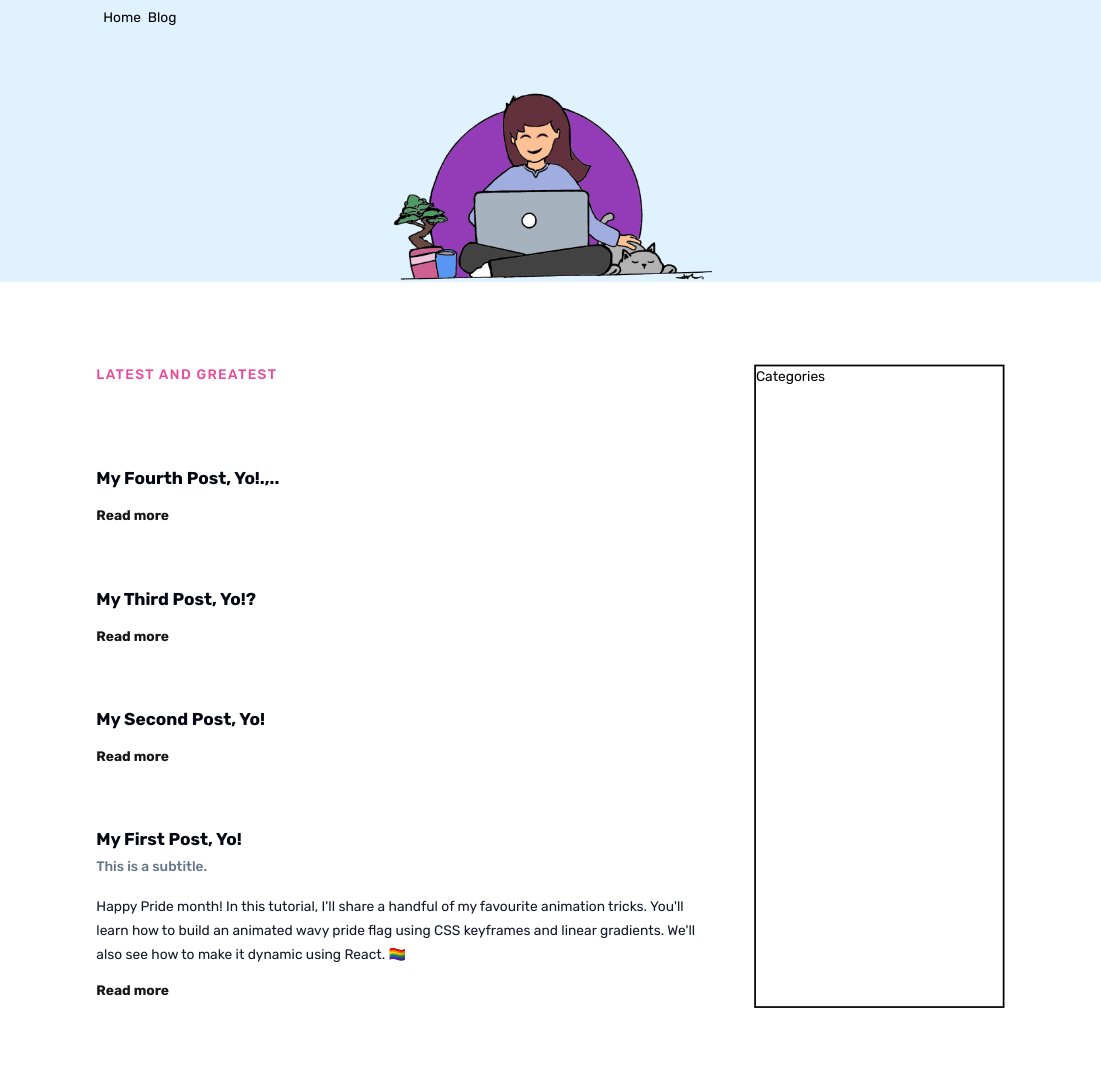
Repository: Risclover/markdown-blog
Page: /
The author's editor kept a copy of each file at every save. The page is drawn from the files as they stood at one save, then again after the next save.
The browser window is 1280 px wide. The pictures show the whole page, at 86% of full size.
The project was rebuilt for these pictures with package versions that can differ from the ones it lists, and the page was loaded fresh each time. Also part of the build but not shown: src/ErrorPage.js, src/pages/PostPage/PostPage.js.

Above is the page before, as saved 2023-06-29 04:35:30.

### src/index.js
import React from "react";
import ReactDOM from "react-dom/client";
import { createBrowserRouter, RouterProvider } from "react-router-dom";
import "./fonts/wotfard-cufonfonts-webfont/style.css";
import postList from "./posts.json";

import "./index.css";
import App from "./App";
import ErrorPage from "./ErrorPage";
import PostPage from "./pages/PostPage/PostPage";
import Home from "./pages/Home/Home";

const router = createBrowserRouter([
  {
    path: "/",
    element: <App />,
    children: [
      {
        path: "/",
        element: <Home />,
        errorElement: <ErrorPage />,
      },
      {
        path: "/posts/:id",
        element: <PostPage postList={postList} />,
      },
    ],
  },
]);

const root = ReactDOM.createRoot(document.getElementById("root"));
root.render(
  <React.StrictMode>
    <RouterProvider router={router} />
  </React.StrictMode>
);

### src/fonts/wotfard-cufonfonts-webfont/style.css
/* #### Generated By: http://www.cufonfonts.com #### */

    @font-face {
    font-family: 'Wotfard Regular';
    font-style: normal;
    font-weight: normal;
    src: local('Wotfard Regular'), url('Wotfard-Regular.woff') format('woff');
    }

### src/posts.json
[{"id":4,"title":"My Third Post, Yo!?","subtitle":"No subtitle given","description":"No description given","author":"Dave Jones","date":"December 13, 2019","timestamp":1576224000,"content":"\nWelcome to My Blog. _It's a beautiful thing._ I hope you'll have as much fun reading my posts as I have writing them. Well, before we go any further, allow me to introduce myself. I'm Dave Jones. I'm 34, and from Montreal, Canada.\n"},{"id":3,"title":"My Second Post, Yo!","subtitle":"No subtitle given","description":"No description given","author":"Dave Jones","date":"December 11, 2019","timestamp":1576051200,"content":"\nWelcome to My Blog. _It's a beautiful thing._ I hope you'll have as much fun reading my posts as I have writing them. Well, before we go any further, allow me to introduce myself. I'm Dave Jones. I'm 34, and from Montreal, Canada.\n"},{"id":2,"title":"My Fourth Post, Yo!.,..","subtitle":"No subtitle given","description":"No description given","author":"Dave Jones","date":"December 16, 2019","timestamp":1576483200,"content":"\nWelcome to My Blog. _It's a beautiful thing._ I hope you'll have as much fun reading my posts as I have writing them. Well, before we go any further, allow me to introduce myself. I'm Dave Jones. I'm 34, and from Montreal, Canada.\n"},{"id":1,"title":"My First Post, Yo!","subtitle":"This is a subtitle.","description":"Happy Pride month! In this tutorial, I'll share a handful of my favourite animation tricks. You'll learn how to build an animated wavy pride flag using CSS keyframes and linear gradients. We'll also see how to make it dynamic using React. 🏳️‍🌈","author":"Dave Jones","date":"December 11, 2019","timestamp":1576051200,"content":"\nWelcome to My Blog. _It's a beautiful thing._ I hope you'll have as much fun reading my posts as I have writing them. Well, before we go any further, allow me to introduce myself. I'm Dave Jones. I'm 34, and from Montreal, Canada.\n"}]

### src/index.css
/* Importing the Rubik font from Google Fonts */

@import url("https://fonts.googleapis.com/css2?family=Rubik:ital,wght@0,300;0,400;0,500;0,600;0,700;0,800;0,900;1,300;1,400;1,500;1,600;1,700;1,800;1,900&display=swap");

### src/App.js
import "./App.css";
import { Outlet, Route, Routes } from "react-router-dom";
import Home from "./pages/Home/Home";
import NavBar from "./components/NavBar";
import Header from "./components/Header";
import HomeHeader from "./components/HomeHeader";
import postList from "./posts.json";

function App() {
  return (
    <div className="bg-white-100 min-h-screen">
      <Header>
        <NavBar />
        <HomeHeader />
      </Header>
      <div className="m-auto">
        <Outlet />
      </div>
    </div>
  );
}

export default App;

### src/pages/Home/Home.js
import React, { useEffect } from "react";
import postList from "../../posts.json";
import BlogPost from "../../components/BlogPost";
import { Link } from "react-router-dom";
import Categories from "./Categories";

export default function Home() {
  console.log(postList);

  postList.sort((a, b) => {
    let aPost = a.timestamp;
    let bPost = b.timestamp;

    return bPost - aPost;
  });

  return (
    <main className="container px-12 py-24 font-sans mx-auto max-w-6xl w-full flex">
      <section className="mr-16">
        <h2 className="uppercase text-base font-medium tracking-widest text-pink-500 mb-9">
          Latest and Greatest
        </h2>
        <div className="grid grid-cols-1 gap-1 grid-flow-row ">
          {postList.map((post) => (
            <Link to={`/posts/${post.id}`}>
              <BlogPost post={post} />
            </Link>
          ))}
        </div>
      </section>
      <Categories />
    </main>
  );
}

### src/components/NavBar.js
import React from "react";
import { Link } from "react-router-dom";

export default function NavBar() {
  return (
    <div className="py-2">
      <ul className="flex">
        <li className="mx-2">
          <Link to={"/"}>Home</Link>
        </li>
        <li>Blog</li>
      </ul>
    </div>
  );
}

### src/components/Header.js
import React from "react";

export default function Header({ children }) {
  return (
    <header className="w-full bg-sky-100 flex flex-col">
      <div className="max-w-6xl px-12 w-full mx-auto">{children}</div>
    </header>
  );
}

### src/components/HomeHeader.js
import React from "react";
import Avatar from "../images/avatar.png";
export default function HomeHeader() {
  return (
    <div className="h-72 flex flex-col justify-end">
      <div>
        <img className="w-96 m-auto" src={Avatar} />
      </div>
    </div>
  );
}

### src/components/BlogPost.js
import React from "react";
import { HiMiniArrowRight } from "react-icons/hi2";

export default function BlogPost({ post }) {
  return (
    <div
      key={post.id}
      className="container py-2 bg-white mt-12 group cursor-pointer"
    >
      <h3 className="text-xl font-bold leading-8 text-gray-950 group-hover:text-violet-600">
        {post.title}
      </h3>
      {post.subtitle !== "No subtitle given" && (
        <div className="text-slate-500 text-base leading-8 font-medium">
          {post.subtitle}
        </div>
      )}
      {post.description !== "No description given" && (
        <div className="mt-4 font-normal text-gray-900 text-base leading-7">
          {post.description}
        </div>
      )}
      <div className="mt-4 font-bold text-neutral-900 text-base flex items-center">
        <span className="mr-1">Read more</span>{" "}
        <span className="text-lg text-violet-600 hidden group-hover:block">
          <HiMiniArrowRight />
        </span>
      </div>
    </div>
  );
}

### src/pages/Home/Categories.js
import React from "react";

export default function Categories() {
  return <section className="w-3/6 border-2 border-black">Categories</section>;
}

### tailwind.config.js
/** @type {import('tailwindcss').Config} */
module.exports = {
  content: [
    "./app/**/*.{js,ts,jsx,tsx,mdx}",
    "./pages/**/*.{js,ts,jsx,tsx,mdx}",
    "./components/**/*.{js,ts,jsx,tsx,mdx}",

    // Or if using `src` directory:
    "./src/**/*.{js,ts,jsx,tsx,mdx}",
  ],
  theme: {
    fontFamily: {
      sans: ["Rubik", "sans-serif"],
    },
    extend: {},
  },
  plugins: [],
};

Loaded but not shown: public/index.html (common file); src/App.css (common file)

After the next save:
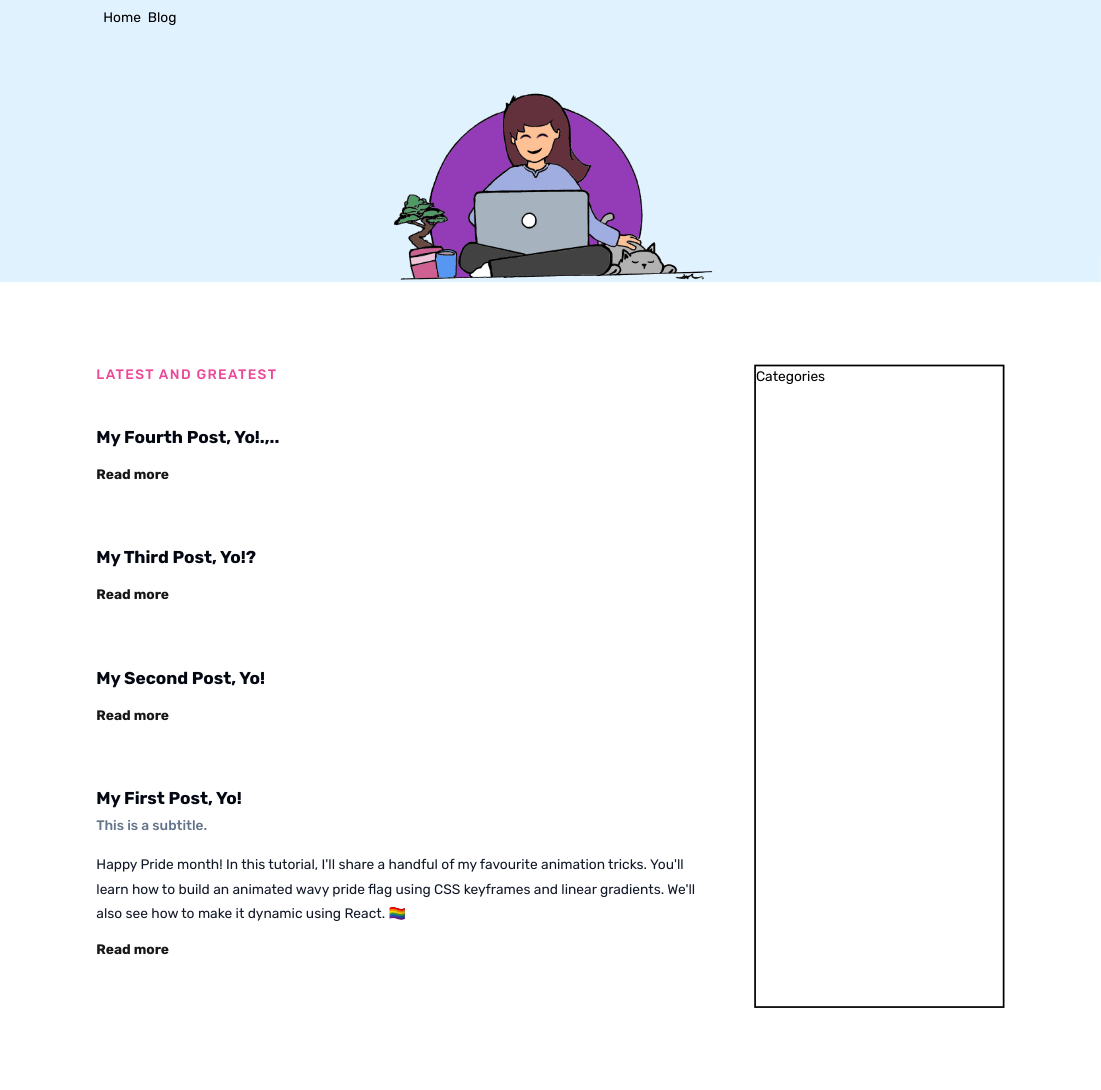
Saved 9 s later.
--- a/src/components/BlogPost.js
+++ b/src/components/BlogPost.js
@@ -5,7 +5,7 @@ export default function BlogPost({ post }) {
   return (
     <div
       key={post.id}
-      className="container py-2 bg-white mt-12 group cursor-pointer"
+      className="container py-2 bg-white mb-12 group cursor-pointer"
     >
       <h3 className="text-xl font-bold leading-8 text-gray-950 group-hover:text-violet-600">
         {post.title}
